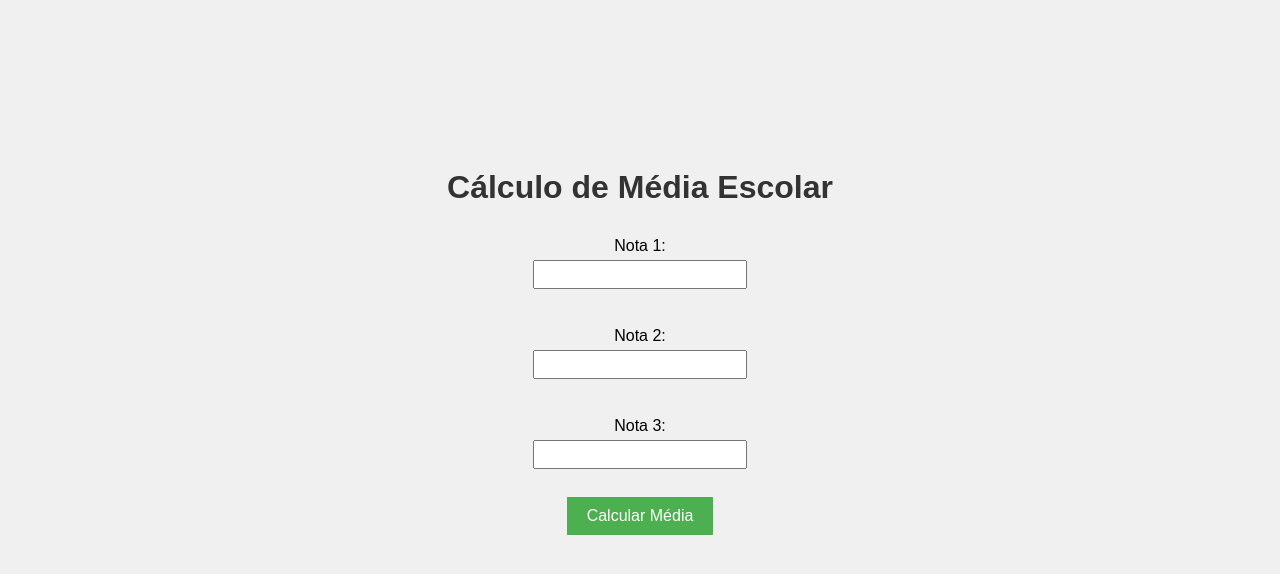
Repository: Gabrielb0rn/JavaScript-HTML.io
Page: atividade 8/index.html
An editor plug-in stored every save of this project. The page is shown before and after the next save, followed by the edit.
The browser window is 1280 px wide. The pictures show the whole page.

Above is the page before, as saved 2024-07-04 11:20:32.

### atividade 8/index.html
<!DOCTYPE html>
<html lang="pt-br">
<head>
    <meta charset="UTF-8">
    <meta name="viewport" content="width=device-width, initial-scale=1.0">
    <link rel="stylesheet" href="assets/style.css">
    <title>Cálculo de Média Escolar</title>
</head>
<body>
    <h1>Cálculo de Média Escolar</h1>

    <label for="nota1">Nota 1:</label>
    <input type="number" id="nota1" name="nota1"><br>

    <label for="nota2">Nota 2:</label>
    <input type="number" id="nota2" name="nota2"><br>

    <label for="nota3">Nota 3:</label>
    <input type="number" id="nota3" name="nota3"><br>

    <button onclick="calcularMedia()">Calcular Média</button>

    <p id="resultado"></p>

    <script src="assets/scripts.js"></script>
</body>
</html>

### atividade 8/assets/style.css
body {
    font-family: Arial, sans-serif;
    display: flex;
    flex-direction: column;
    align-items: center;
    justify-content: center;
    height: 100vh;
    background-color: #f0f0f0;
    margin: 0;
}
h1 {
    color: #333;
}
label {
    margin: 10px 0 5px;
}
input {
    padding: 5px;
    margin-bottom: 10px;
    width: 200px;
}
button {
    padding: 10px 20px;
    background-color: #4CAF50;
    color: white;
    border: none;
    cursor: pointer;
    font-size: 16px;
}
button:hover {
    background-color: #45a049;
}
#resultado {
    margin-top: 20px;
    font-size: 18px;
    color: #333;
}

### atividade 8/assets/scripts.js
function calcularMedia() {
    var nota1 = parseFloat(document.getElementById("nota1").value);
    var nota2 = parseFloat(document.getElementById("nota2").value);
    var nota3 = parseFloat(document.getElementById("nota3").value);

    if (isNaN(nota1) || isNaN(nota2) || isNaN(nota3)) {
        alert("Por favor, insira todas as notas.");
        return;
    }

    var media = (nota1 + nota2 + nota3) / 3;
    var resultado = media >= 7 ? "Aprovado" : "Reprovado";

    alert("A média é: " + media.toFixed(2) + "\n" + resultado);
}

After the next save:
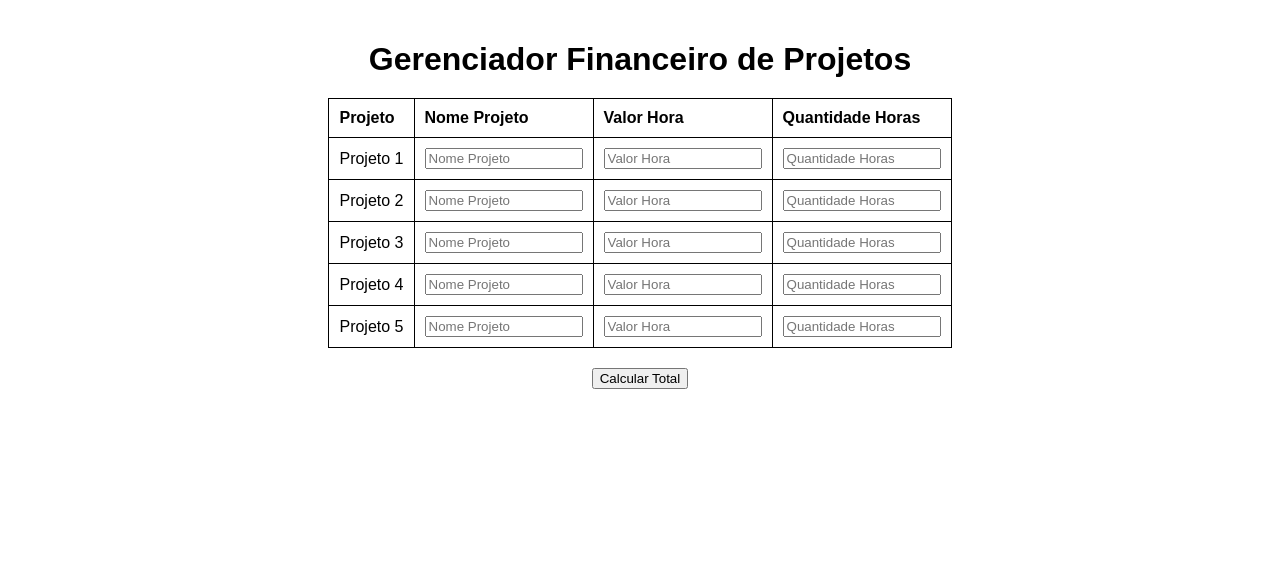
Saved 3 min 7 s later.
--- a/atividade 8/index.html
+++ b/atividade 8/index.html
@@ -1,27 +1,112 @@
 <!DOCTYPE html>
-<html lang="pt-br">
+<html lang="pt-BR">
 <head>
     <meta charset="UTF-8">
     <meta name="viewport" content="width=device-width, initial-scale=1.0">
-    <link rel="stylesheet" href="assets/style.css">
-    <title>Cálculo de Média Escolar</title>
+    <title>Gerenciador Financeiro de Projetos</title>
+    <style>
+        body {
+            font-family: Arial, sans-serif;
+            display: flex;
+            flex-direction: column;
+            align-items: center;
+            margin: 0;
+            padding: 20px;
+        }
+
+        h1 {
+            margin-bottom: 20px;
+        }
+
+        table {
+            border-collapse: collapse;
+            margin-bottom: 20px;
+        }
+
+        th, td {
+            border: 1px solid #000;
+            padding: 10px;
+            text-align: left;
+        }
+
+        input[type="text"], input[type="number"] {
+            width: 150px;
+        }
+
+        .result {
+            font-weight: bold;
+            color: #800080;
+        }
+    </style>
 </head>
 <body>
-    <h1>Cálculo de Média Escolar</h1>
+    <h1>Gerenciador Financeiro de Projetos</h1>
+    <table>
+        <thead>
+            <tr>
+                <th>Projeto</th>
+                <th>Nome Projeto</th>
+                <th>Valor Hora</th>
+                <th>Quantidade Horas</th>
+            </tr>
+        </thead>
+        <tbody>
+            <tr>
+                <td>Projeto 1</td>
+                <td><input type="text" id="nomeProjeto1" placeholder="Nome Projeto"></td>
+                <td><input type="number" id="valorHora1" placeholder="Valor Hora"></td>
+                <td><input type="number" id="quantidadeHoras1" placeholder="Quantidade Horas"></td>
+            </tr>
+            <tr>
+                <td>Projeto 2</td>
+                <td><input type="text" id="nomeProjeto2" placeholder="Nome Projeto"></td>
+                <td><input type="number" id="valorHora2" placeholder="Valor Hora"></td>
+                <td><input type="number" id="quantidadeHoras2" placeholder="Quantidade Horas"></td>
+            </tr>
+            <tr>
+                <td>Projeto 3</td>
+                <td><input type="text" id="nomeProjeto3" placeholder="Nome Projeto"></td>
+                <td><input type="number" id="valorHora3" placeholder="Valor Hora"></td>
+                <td><input type="number" id="quantidadeHoras3" placeholder="Quantidade Horas"></td>
+            </tr>
+            <tr>
+                <td>Projeto 4</td>
+                <td><input type="text" id="nomeProjeto4" placeholder="Nome Projeto"></td>
+                <td><input type="number" id="valorHora4" placeholder="Valor Hora"></td>
+                <td><input type="number" id="quantidadeHoras4" placeholder="Quantidade Horas"></td>
+            </tr>
+            <tr>
+                <td>Projeto 5</td>
+                <td><input type="text" id="nomeProjeto5" placeholder="Nome Projeto"></td>
+                <td><input type="number" id="valorHora5" placeholder="Valor Hora"></td>
+                <td><input type="number" id="quantidadeHoras5" placeholder="Quantidade Horas"></td>
+            </tr>
+        </tbody>
+    </table>
+    <button onclick="calcularTotal()">Calcular Total</button>
+    <div id="resultados"></div>
 
-    <label for="nota1">Nota 1:</label>
-    <input type="number" id="nota1" name="nota1"><br>
+    <script>
+        function calcularTotal() {
+            let totalGeral = 0;
+            let resultados = '';
 
-    <label for="nota2">Nota 2:</label>
-    <input type="number" id="nota2" name="nota2"><br>
+            for (let i = 1; i <= 5; i++) {
+                const nomeProjeto = document.getElementById(`nomeProjeto${i}`).value;
+                const valorHora = parseFloat(document.getElementById(`valorHora${i}`).value) || 0;
+                const quantidadeHoras = parseFloat(document.getElementById(`quantidadeHoras${i}`).value) || 0;
+                const totalProjeto = valorHora * quantidadeHoras;
 
-    <label for="nota3">Nota 3:</label>
-    <input type="number" id="nota3" name="nota3"><br>
+                if (nomeProjeto && valorHora && quantidadeHoras) {
+                    resultados += `<p class="result">Projeto ${i}: R$ ${totalProjeto.toFixed(2)}</p>`;
+                }
 
-    <button onclick="calcularMedia()">Calcular Média</button>
+                totalGeral += totalProjeto;
+            }
 
-    <p id="resultado"></p>
-
-    <script src="assets/scripts.js"></script>
+            resultados += `<p class="result">Total Geral: R$ ${totalGeral.toFixed(2)}</p>`;
+            document.getElementById('resultados').innerHTML = resultados;
+        }
+    </script>
 </body>
 </html>
